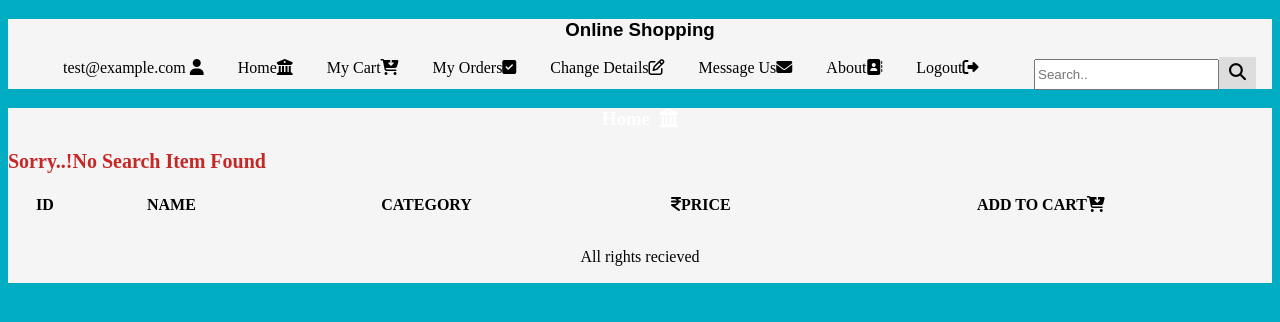
Repository: NidhiDaniel/E-Cart
Page: http://localhost/Online-Shopping-Cart/search-home.jsp
An editor plug-in stored every save of this project. The page is shown before and after the next save, followed by the edit.
The browser window is 1280 px wide. The pictures show the whole page.
Some web libraries are served in a nearby version. The page is served by Tomcat 9. The session is filled in as if someone had signed in: {"email": "test@example.com"}. Queries for data that is not in the repository find no rows.

Above is the page before, as saved 2024-01-06 14:28:46.

### Online-Shopping-Cart/src/main/webapp/search-home.jsp
<%@page import="java.sql.ResultSet"%>
<%@page import="java.sql.Statement"%>
<%@page import="java.sql.Connection"%>
<%@page import="com.db.connection.DAOConnection"%>
<%@ page language="java" contentType="text/html; charset=ISO-8859-1"
    pageEncoding="ISO-8859-1"%>
<%@ include file="header.jsp" %>
<!DOCTYPE html>
<html>
<head>
<meta charset="ISO-8859-1">
<title>Home</title>
<link rel="stylesheet" href="./css/home-style.css">
</head>
<body>
<div class="product-view">
<h3 style="color: white; text-align: center;">Home &nbsp;<i class="fa fa-institution"></i></h3>
<table>
<thead>
		<tr>
			<th>ID</th>
			<th>NAME</th>
			<th>CATEGORY</th>
			<th><i class="fa fa-inr"></i>PRICE</th>
			<th>ADD TO CART<i class="fa fa-cart-arrow-down"></i></th>
		</tr>

</thead>
<tbody>
<%
int status=0;
try{
	String searchItem=request.getParameter("search");
    Connection con=DAOConnection.getConnection();
    Statement stmt=con.createStatement();
    ResultSet rs=stmt.executeQuery("select * from product where name like '%"+searchItem+"%' or category like '"+searchItem+"' and active='yes'");
   while(rs.next()){
   status=1;
   %>
   <td><%=rs.getInt(1) %></td>
   <td><%=rs.getString(2) %></td>
   <td><%=rs.getString(3) %></td>
   <td><i class="fa fa-inr"></i><%=rs.getString(4) %></td>
   <td><a href="addToCartAction.jsp?id=<%= rs.getString(1)%>">Add to cart<i class="fa fa-cart-arrow-down"></i></a></td>
   <%

   }
   if(status==0){
	   out.print("<p class='failure-msg'>Sorry..!No Search Item Found</p>");
   }
}
catch(Exception e){

}
%>


</tbody>

</table>
</body>
<%@ include file="footer.jsp" %>
</html>

### Online-Shopping-Cart/src/main/webapp/header.jsp
<%@ page language="java" contentType="text/html; charset=ISO-8859-1"
	pageEncoding="ISO-8859-1"%>
<!DOCTYPE html>
<html>
<head>
<meta charset="ISO-8859-1">
<title>Insert title here</title>
<link rel="stylesheet" type="text/css" href="./css/header.css">
<link rel="stylesheet" href="https://cdnjs.cloudflare.com/ajax/libs/font-awesome/4.7.0/css/font-awesome.min.css">
<script src='https://kit.fontawesome.com/a076d05399.js' crossorigin='anonymous'></script>
</head>
<body>
	<div class="header">
	<% String email=session.getAttribute("email").toString(); %>

	   <h3>Online Shopping</h3>

		<ul>
		   <li><a href=""><% out.println(email);%><i class="fa fa-user"></i></a></li>
			<li><a href="home.jsp">Home<i class="fa fa-institution"></i></a></li>
			<li><a href="">My Cart<i class="fa fa-cart-arrow-down"></i></a></li>
			<li><a href="">My Orders<i class="fa fa-check-square"></i></a></li>
			<li><a href="">Change Details<i class="fa fa-edit"></i></a></li>
			<li><a href="">Message Us<i class="fa fa-envelope"></i></a></li>
			<li><a href="">About<i class="fa fa-address-book"></i></a></li>
			<li><a href="logout.jsp">Logout<i class="fa fa-sign-out"></i></a></li>
			 <div class="search-container">
			 <form action="search-home.jsp" method="post">
        	<input type="text" placeholder="Search.." name="search">
            <button type="submit"><i class="fa fa-search"></i></button>
            </form>
        	</div>
		</ul>

	</div>
</body>
</html>

### Online-Shopping-Cart/src/main/webapp/footer.jsp
<%@ page language="java" contentType="text/html; charset=ISO-8859-1"
    pageEncoding="ISO-8859-1"%>
<!DOCTYPE html>
<html>
<head>
<meta charset="ISO-8859-1">
<title>Insert title here</title>
<link rel="stylesheet" type="text/css" href="css/footer.css">
</head>
<body>
<footer>
<div class="footer">
<p>All rights recieved</p>
</div>
</footer>
</body>
</html>

### Online-Shopping-Cart/src/main/java/com/db/connection/DAOConnection.java
package com.db.connection;

import java.sql.Connection;
import java.sql.DriverManager;

import com.mysql.cj.jdbc.Driver;

public class DAOConnection {


public static Connection getConnection() {
	 Connection con=null;
	   try {
		DriverManager.registerDriver(new Driver());
        con=DriverManager.getConnection("jdbc:mysql://localhost:3306/online_cart","root","admin");
	} catch (Exception e) {
		e.printStackTrace();
	}
	return con;
   }
}

### Online-Shopping-Cart/src/main/webapp/css/header.css
@charset "ISO-8859-1";
body{
	background: #00ACC1;
}
.header{
	width: auto;
	height:auto;
	background: #f5f5f5;
}
.header ul li{
	list-style: none;
	display: inline-block;
	height: 30px;
}
.header ul li:hover{
	background: #879487;
}
.header h3{
	text-align: center;
	font-family: sans-serif;
	font-weight: 900;
}
.header ul li a{
	margin: 15px;
    text-decoration: none;
    color: black;
    font-weight: 500;
}
.search-container input{
	height: 25px;
}
.search-container {
  float: right;
}
.search-container button {
  float: right;
  padding: 6px 10px;
  margin-top: -2px;
  margin-right: 16px;
  background: #ddd;
  font-size: 17px;
  border: none;
  cursor: pointer;
}
.search-container button:hover {
  background: #ccc;
}

### Online-Shopping-Cart/src/main/webapp/css/home-style.css
@charset "ISO-8859-1";
.product-view {
	background: #f5f5f5;
}
.product-view table {
	width: -webkit-fill-available;
}
.product-view table tr{
	text-align: center;
}
.success-msg{
	color:#FBC02D;
	text-align:center;
	font-size: 20px;
	font-weight: 600;
}
.failure-msg{
	color:#C62828;
	font-size: 20px;
	font-weight: 600;
}

### Online-Shopping-Cart/src/main/webapp/css/footer.css
@charset "ISO-8859-1";
.footer{
	background: #f5f5f5;
	height: 50px;
}
.footer p{
padding-top: 15px;
text-align: center;
}

After the next save:
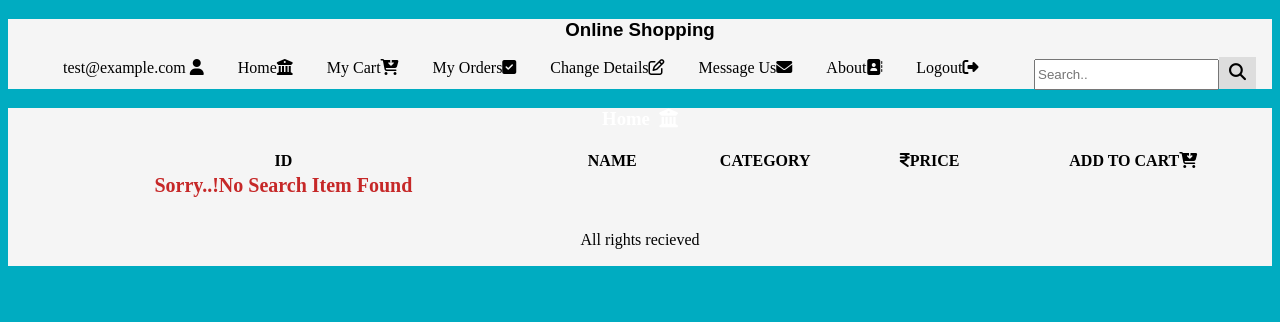
Saved 18 s later.
--- a/Online-Shopping-Cart/src/main/webapp/search-home.jsp
+++ b/Online-Shopping-Cart/src/main/webapp/search-home.jsp
@@ -46,7 +46,7 @@ try{
 
    }
    if(status==0){
-	   out.print("<p class='failure-msg'>Sorry..!No Search Item Found</p>");
+	   out.print("<td class='failure-msg'>Sorry..!No Search Item Found</td>");
    }
 }
 catch(Exception e){
